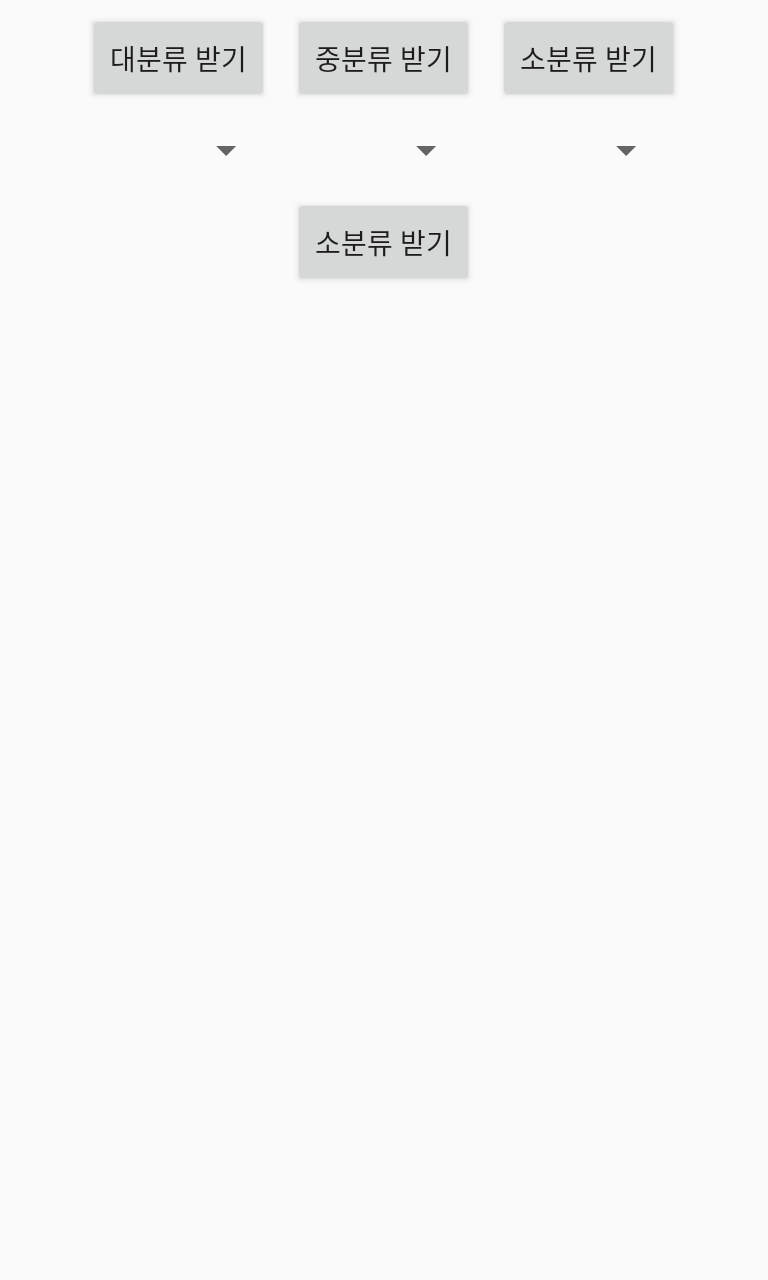
Repository: Jeonilju/rap
Layout: Android/RAP/res/layout/activity_iap_sample.xml
These files come from the project's save history. The layout is drawn as it stood at one moment and after the next save; the edit follows.
It is drawn on a 768 x 1280 px phone screen (xhdpi) without system bars, with theme AppTheme; the app's code is not run.

Above is the layout before, as saved 2015-07-12 02:49:44.

### Android/RAP/res/layout/activity_iap_sample.xml
<?xml version="1.0" encoding="utf-8"?>
<LinearLayout xmlns:android="http://schemas.android.com/apk/res/android"
    android:layout_width="match_parent"
    android:layout_height="match_parent"
    android:orientation="vertical" >

    <LinearLayout
        android:layout_width="fill_parent"
        android:layout_height="wrap_content"
        android:gravity="center">

        <Button
            android:id="@+id/iap_btn1"
            android:layout_width="wrap_content"
            android:layout_height="wrap_content"
            android:layout_margin="5dp"
            android:text="대분류 받기"/>

        <Button
            android:id="@+id/iap_btn2"
            android:layout_width="wrap_content"
            android:layout_height="wrap_content"
            android:layout_margin="5dp"
            android:text="중분류 받기"/>

        <Button
            android:id="@+id/iap_btn3"
            android:layout_width="wrap_content"
            android:layout_height="wrap_content"
            android:layout_margin="5dp"
            android:text="소분류 받기"/>

    </LinearLayout>

    <LinearLayout
        android:layout_width="fill_parent"
        android:layout_height="wrap_content"
        android:gravity="center">

        <Spinner
            android:id="@+id/iap_sp1"
            android:layout_width="90dp"
            android:layout_height="wrap_content"
            android:layout_margin="5dp"/>

        <Spinner
            android:id="@+id/iap_sp2"
            android:layout_width="90dp"
            android:layout_height="wrap_content"
            android:layout_margin="5dp"/>

        <Spinner
            android:id="@+id/iap_sp3"
            android:layout_width="90dp"
            android:layout_height="wrap_content"
            android:layout_margin="5dp"/>

	</LinearLayout>

    <LinearLayout
        android:layout_width="fill_parent"
        android:layout_height="wrap_content"
        android:gravity="center">

        <Button
            android:id="@+id/iap_btn_getItems"
            android:layout_width="wrap_content"
            android:layout_height="wrap_content"
            android:layout_margin="5dp"
            android:text="소분류 받기"/>

	</LinearLayout>

</LinearLayout>

Loaded but not shown: Android/RAP/res/values/styles.xml (common file); Android/RAP/res/values-v11/styles.xml (common file); Android/RAP/res/values-v14/styles.xml (common file)

After the next save:
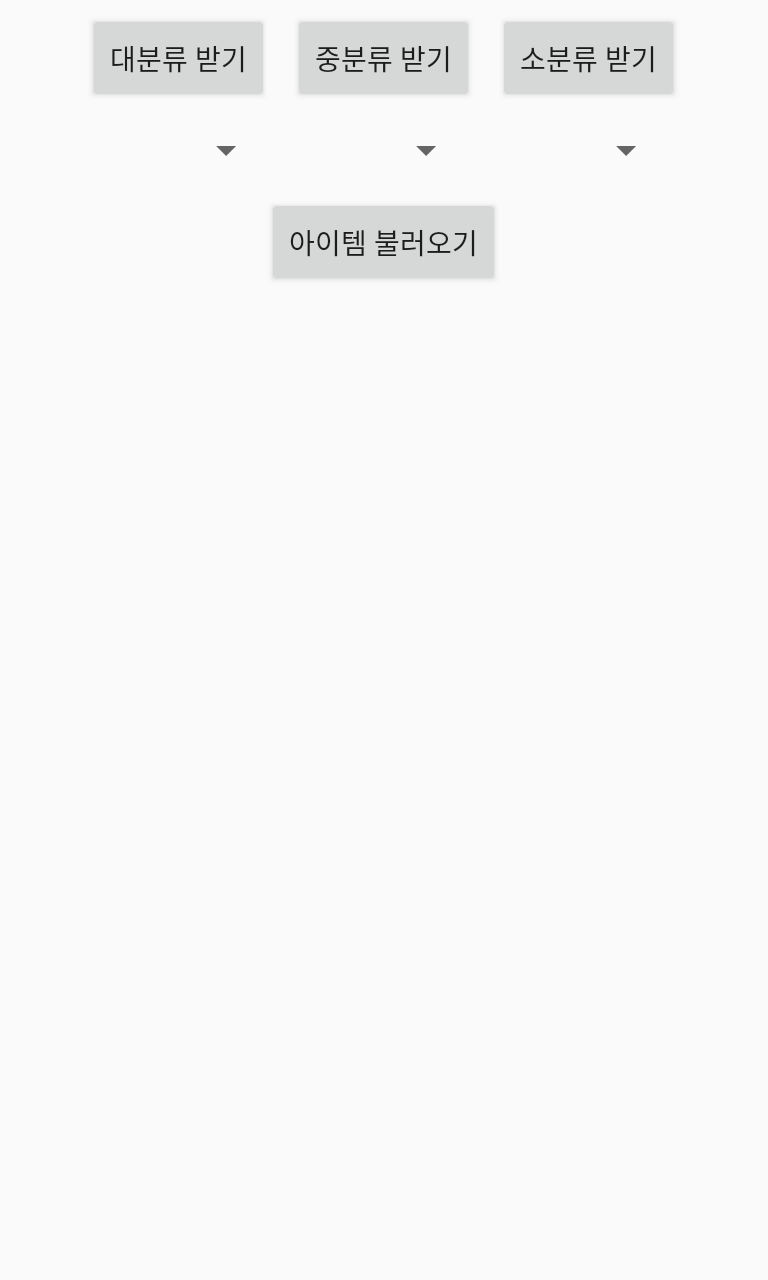
Saved 12 s later.
--- a/Android/RAP/res/layout/activity_iap_sample.xml
+++ b/Android/RAP/res/layout/activity_iap_sample.xml
@@ -67,7 +67,7 @@
             android:layout_width="wrap_content"
             android:layout_height="wrap_content"
             android:layout_margin="5dp"
-            android:text="소분류 받기"/>
+            android:text="아이템 불러오기"/>
 
 	</LinearLayout>
 
